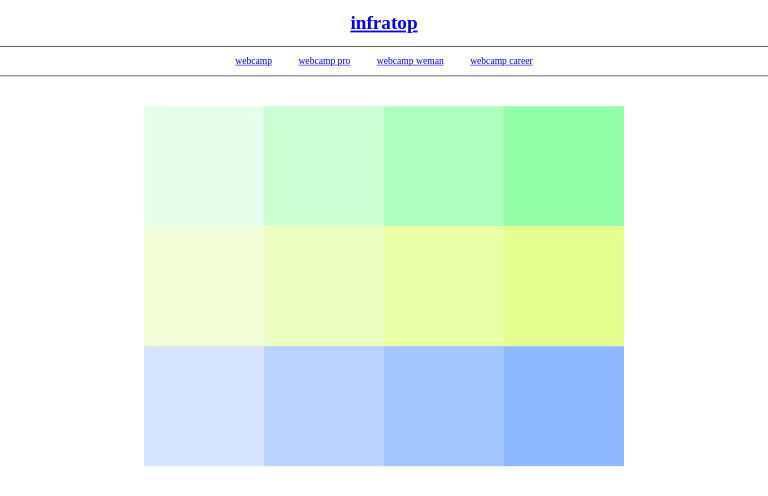
Repository: souta-miura/git-practice
Page: 1-5演習/1-5.html
The author's editor kept a record of every edit. The page is drawn from the files as they stood at one moment, then again after the next edit.
The browser window is 1280 px wide. The pictures show the whole page, at 60% of full size.

Above is the page before.

After the next edit:
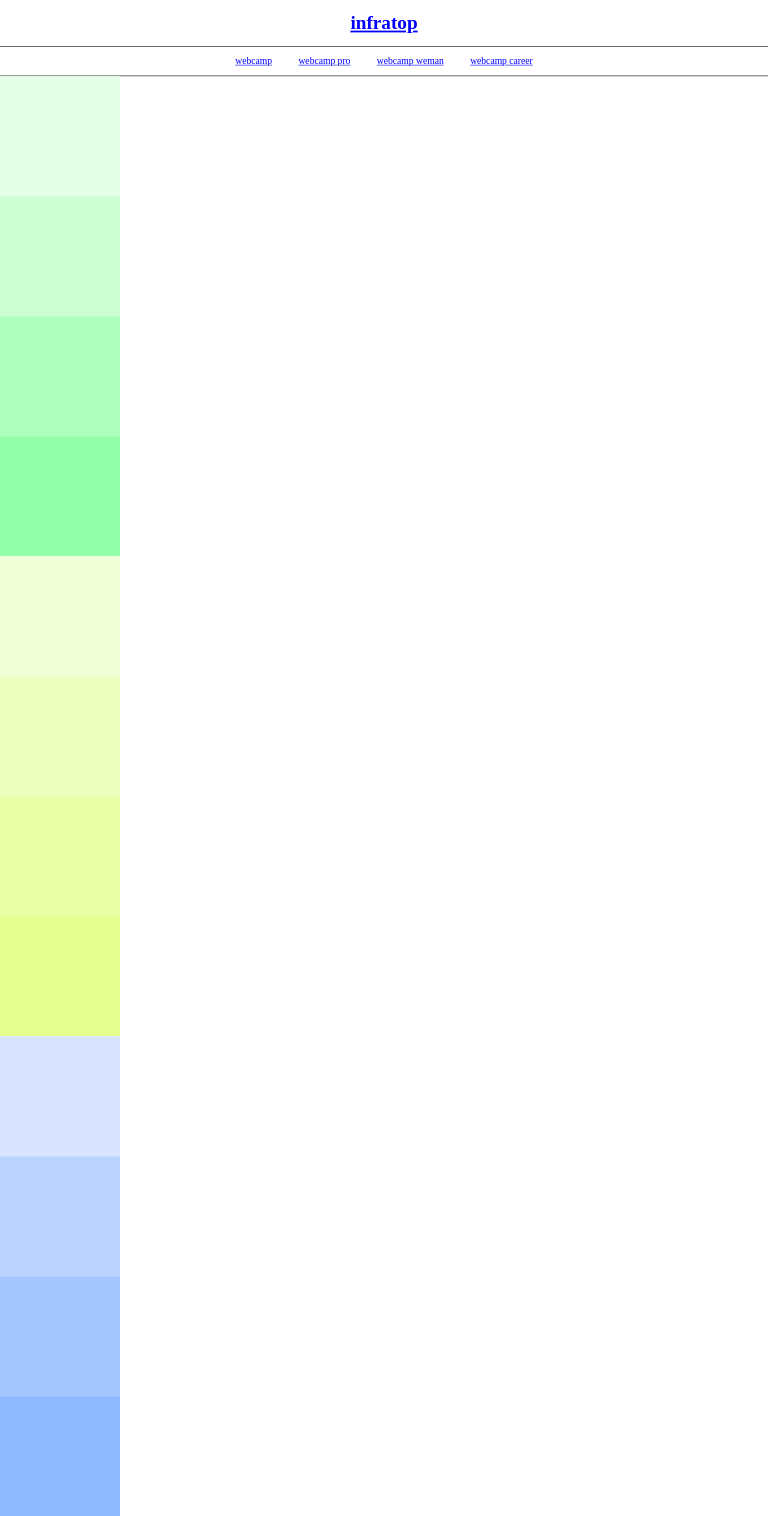
The edit:
--- a/1-5演習/1-5.html
+++ b/1-5演習/1-5.html
@@ -30,7 +30,7 @@
               </li>
           </ul>
       </nav>
-      <div class="main">
+      <div class="main1">
         <div class="g1"></div>
         <div class="g2"></div>
         <div class="g3"></div>
